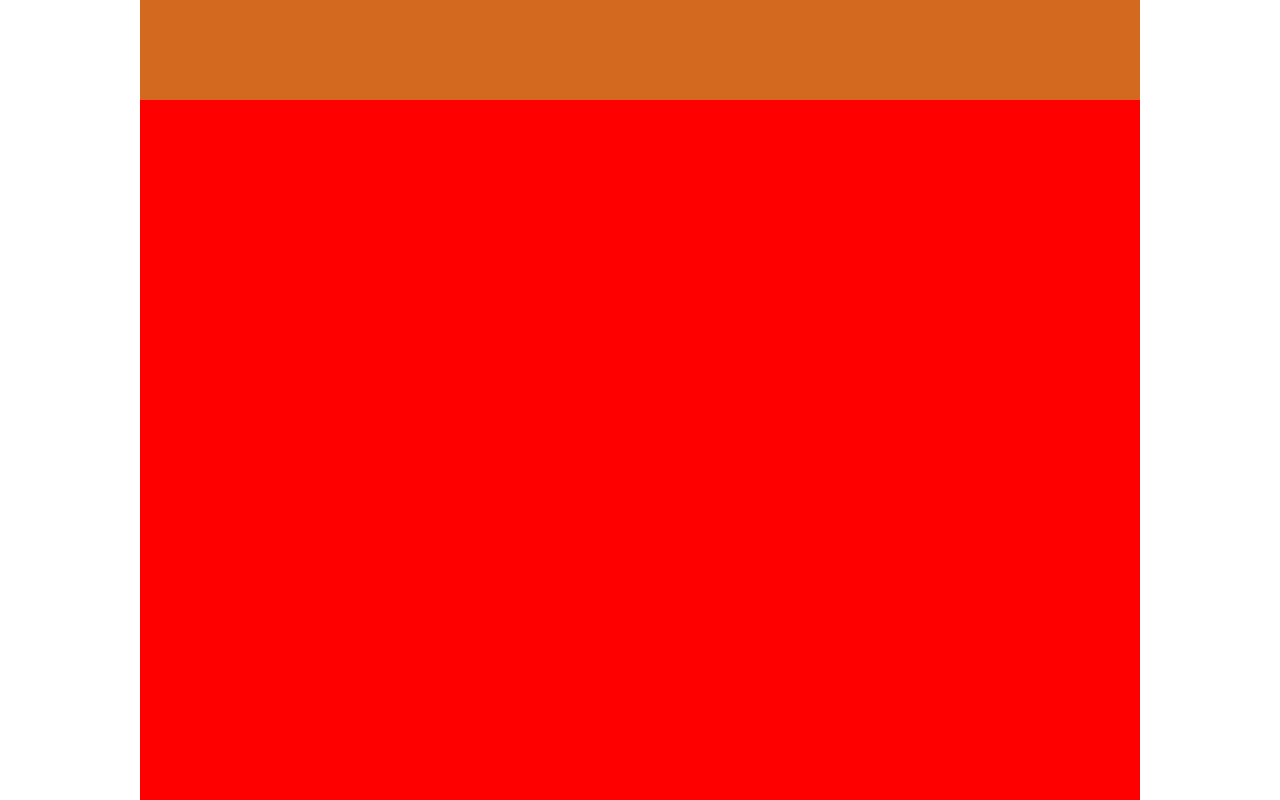
Repository: jinggegeZ/livechat
Page: /
The author's editor kept a copy of each file at every save. The page is drawn from the files as they stood at one save, then again after the next save.
The browser window is 1280 px wide. The pictures show the whole page.
The project was rebuilt for these pictures with package versions that can differ from the ones it lists, and the page was loaded fresh each time.

Above is the page before, as saved 2020-08-17 10:53:44.

### src/App.vue
<template>
  <div id="app">

    <router-view/>
  </div>
</template>

<style lang="scss">
*{
  margin: 0;
  padding: 0;
}
</style>

### src/views/Home.vue
<template>
 <div class="content">
    <div class="content-c">
      <div class="box">
        <div class="box1"></div>

        <div class="box2">
          <div class="box2-1"></div>
          <div class="box2-2"></div>
        </div>
      </div>
    </div>
 </div>
</template>

<script>
 export default {
   name: '',
   props: {
   },
   components: {

   },
   data () {
     return {

     }
   },
   methods: {

   },
   mounted() {

   },
   watch: {

   },
   computed: {

   }
 }
</script>

<style scoped lang='scss'>
.content {
  width: 100%;
  display: flex;
  justify-content: center;
}
.content-c {
  width: 95%;
  display: flex;
  justify-content: center;
  align-items: center;
}
.box {
  width: 1000px;
  height: 800px;
  background: white;
  display: flex;
  position: relative;
}
.box1 {
  flex: 4;
  height: 100%;
  background:red;
}
.box2 {
  flex: 6;
  height: 100%;
  background: yellow;

}
.box2 {
  position: absolute;
  width: 100%;
  height: 100px;
  background: chocolate;
}
</style>

Loaded but not shown: public/index.html (common file); src/main.js (common file); src/router/index.js (common file); src/store/index.js (common file)

After the next save:
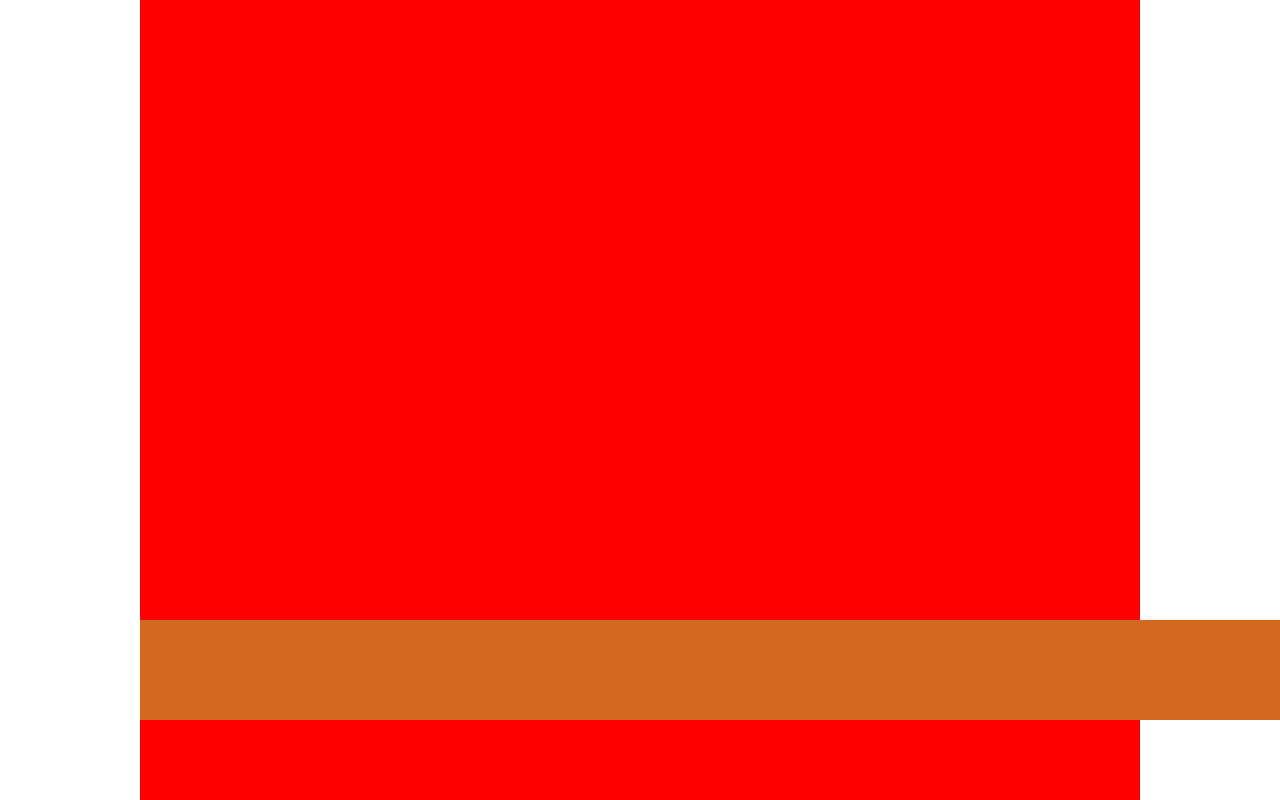
Saved 38 s later.
--- a/src/views/Home.vue
+++ b/src/views/Home.vue
@@ -58,7 +58,7 @@
   height: 800px;
   background: white;
   display: flex;
-  position: relative;
+
 }
 .box1 {
   flex: 4;
@@ -72,7 +72,8 @@
 
 }
 .box2 {
-  position: absolute;
+  position: fixed;
+  bottom: 0;
   width: 100%;
   height: 100px;
   background: chocolate;
